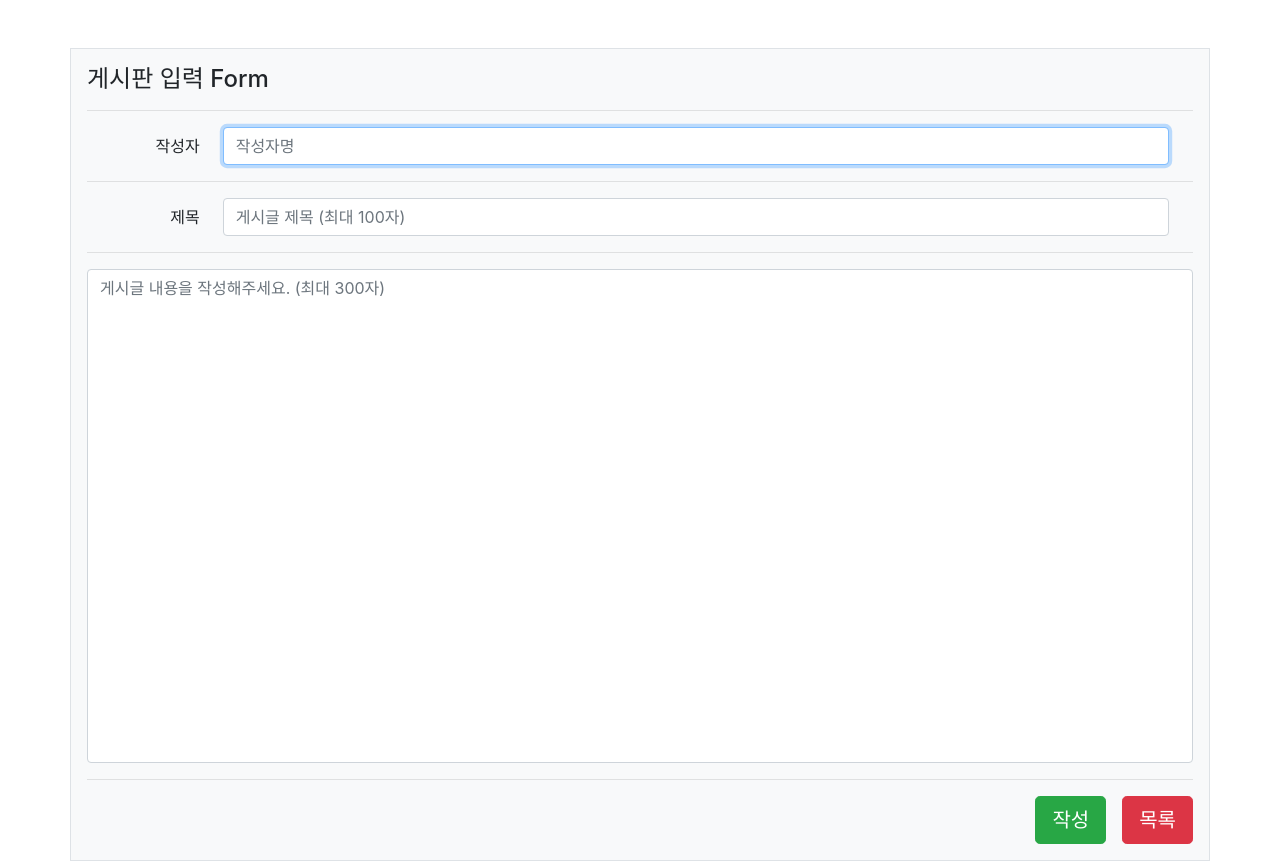
Repository: rasz60/ezen
Page: http://localhost/jspMVC/
The author's editor kept a copy of each file at every save. The page is drawn from the files as they stood at one save, then again after the next save.
The browser window is 1280 px wide. The pictures show the whole page.
Some web libraries are served in a nearby version. The page is served by Tomcat 9.

Above is the page before, as saved 2022-02-15 01:29:21.

After the next save:
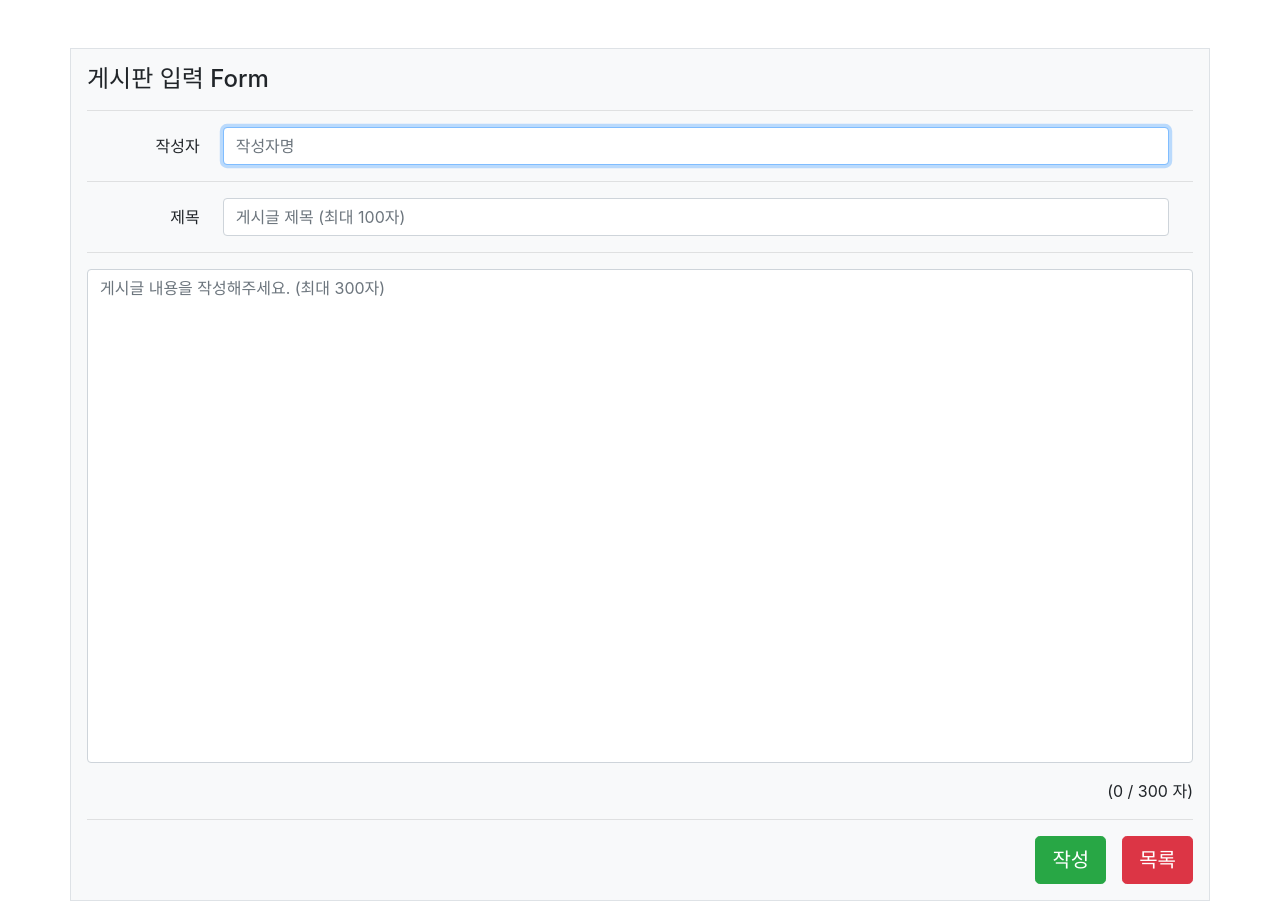
Saved 7 min 20 s later.
--- a/04_jsp_servlet-workspace/jspMVC/src/main/webapp/writeForm.jsp
+++ b/04_jsp_servlet-workspace/jspMVC/src/main/webapp/writeForm.jsp
@@ -53,6 +53,7 @@ textarea {
 		<div class="form-group text-center">
 			<textarea name="bContent" id="bContent" cols="100" rows="20" class="form-control" placeholder="게시글 내용을 작성해주세요. (최대 300자)"></textarea>
 		</div>
+		<span class="d-flex justify-content-end">(0 / 300 자)</span>
 		<hr />
 		<div class="d-flex justify-content-end">
 			<input type="submit" value="작성" class="btn btn-success btn-lg mr-3" onclick="return checkWrite()" />
